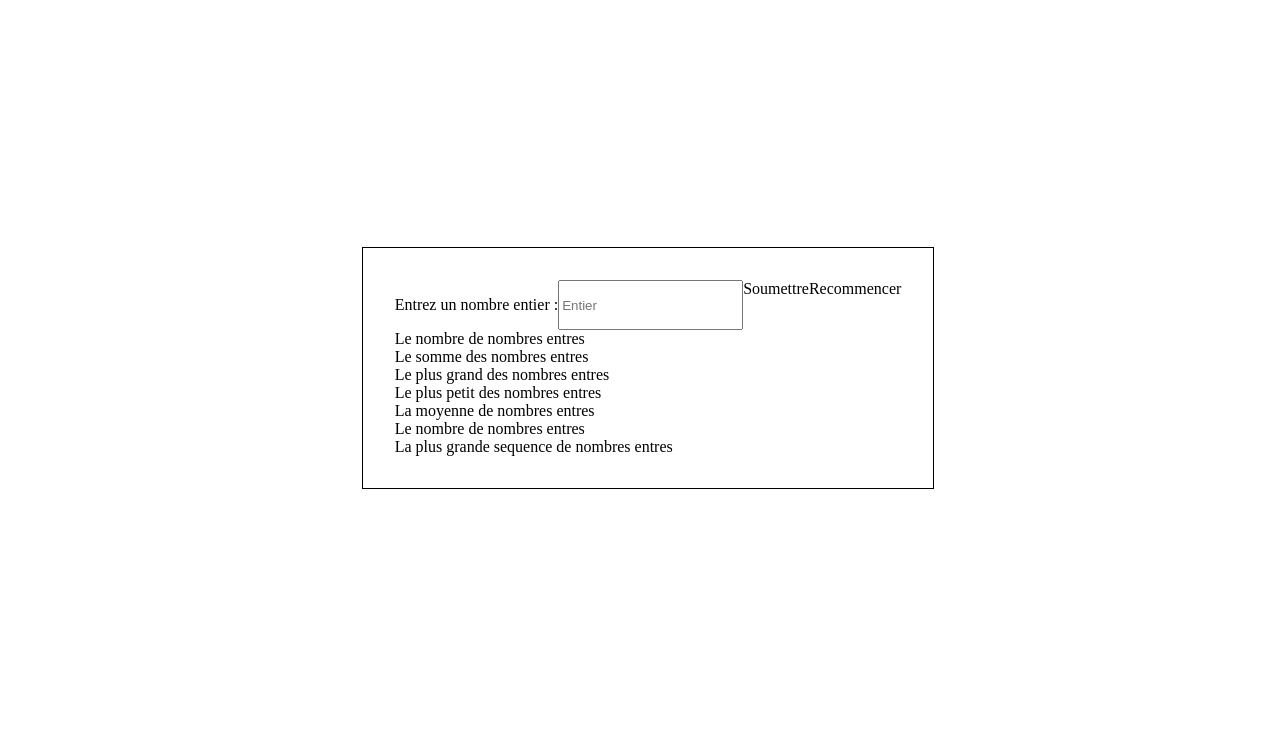
Repository: Thomas088/asbl-proforma
Page: exercices/js/ex-01/index.html
These files come from the project's save history. The page is drawn as it stood at one moment and after the next save; the edit follows.
The browser window is 1280 px wide. The page is 1288 px wide, so the pictures cover 1288 px, including what lies to the right of the window. The pictures show the whole page.

Above is the page before, as saved 2020-03-20 01:47:48.

After the next save:
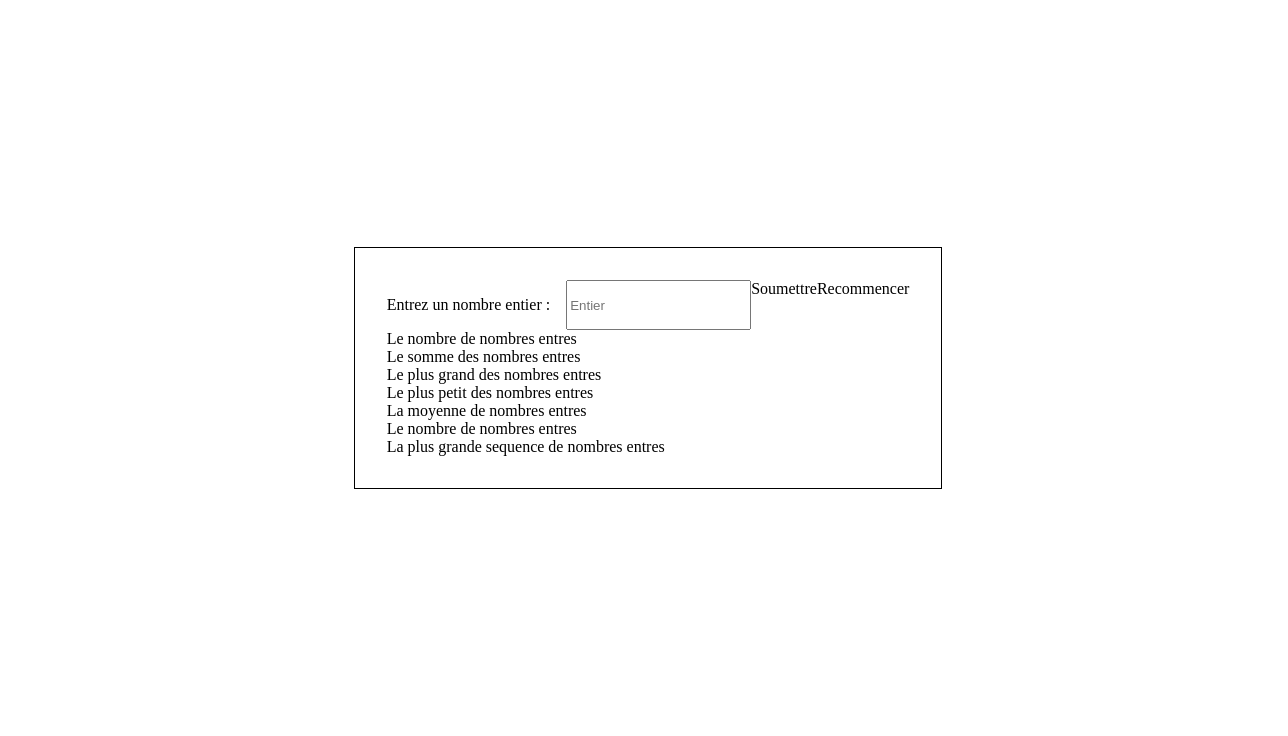
Saved 48 s later.
--- a/exercices/js/ex-01/style.css
+++ b/exercices/js/ex-01/style.css
@@ -13,5 +13,8 @@ body {
 
 .entry-user {
     display: flex;
+}
 
+.entry-user p {
+    padding-right: 1em;
 }
